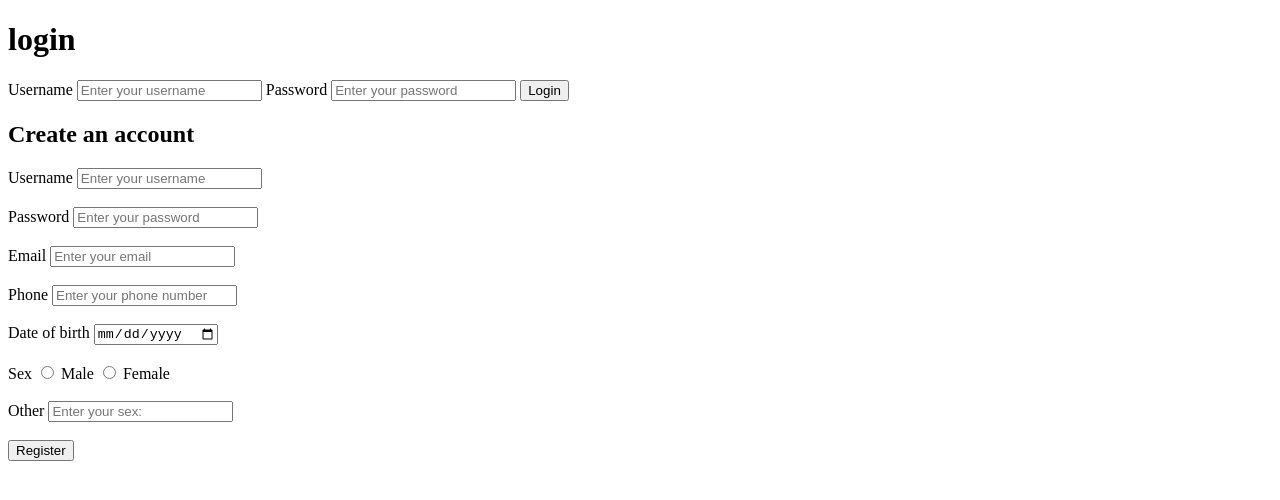
Repository: bao2222/hoc-lam-web
Page: welcome.html
These files come from the project's save history. The page is drawn as it stood at one moment and after the next save; the edit follows.
The browser window is 1280 px wide. The pictures show the whole page.

Above is the page before, as saved 2024-12-30 09:00:15.

After the next save:
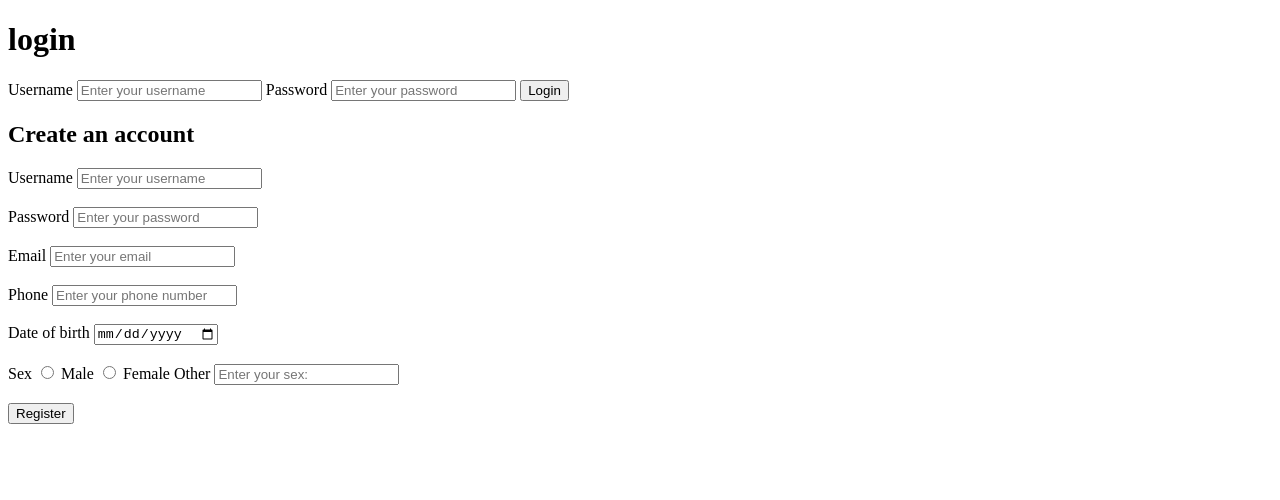
Saved 25 s later.
--- a/welcome.html
+++ b/welcome.html
@@ -53,7 +53,7 @@
                         <input type="radio" id="register_male" name="sex" value="male" required>
                         <label for="register_male">Male</label>
                         <input type="radio" id="register_female" name="sex" value="female" required>
-                        <label for="register_female">Female</label><br><br>
+                        <label for="register_female">Female</label>
                         <label for="register_other">Other</label>
                         <input type="text" id="register_other" placeholder="Enter your sex: " name="other" required><br><br>
 
